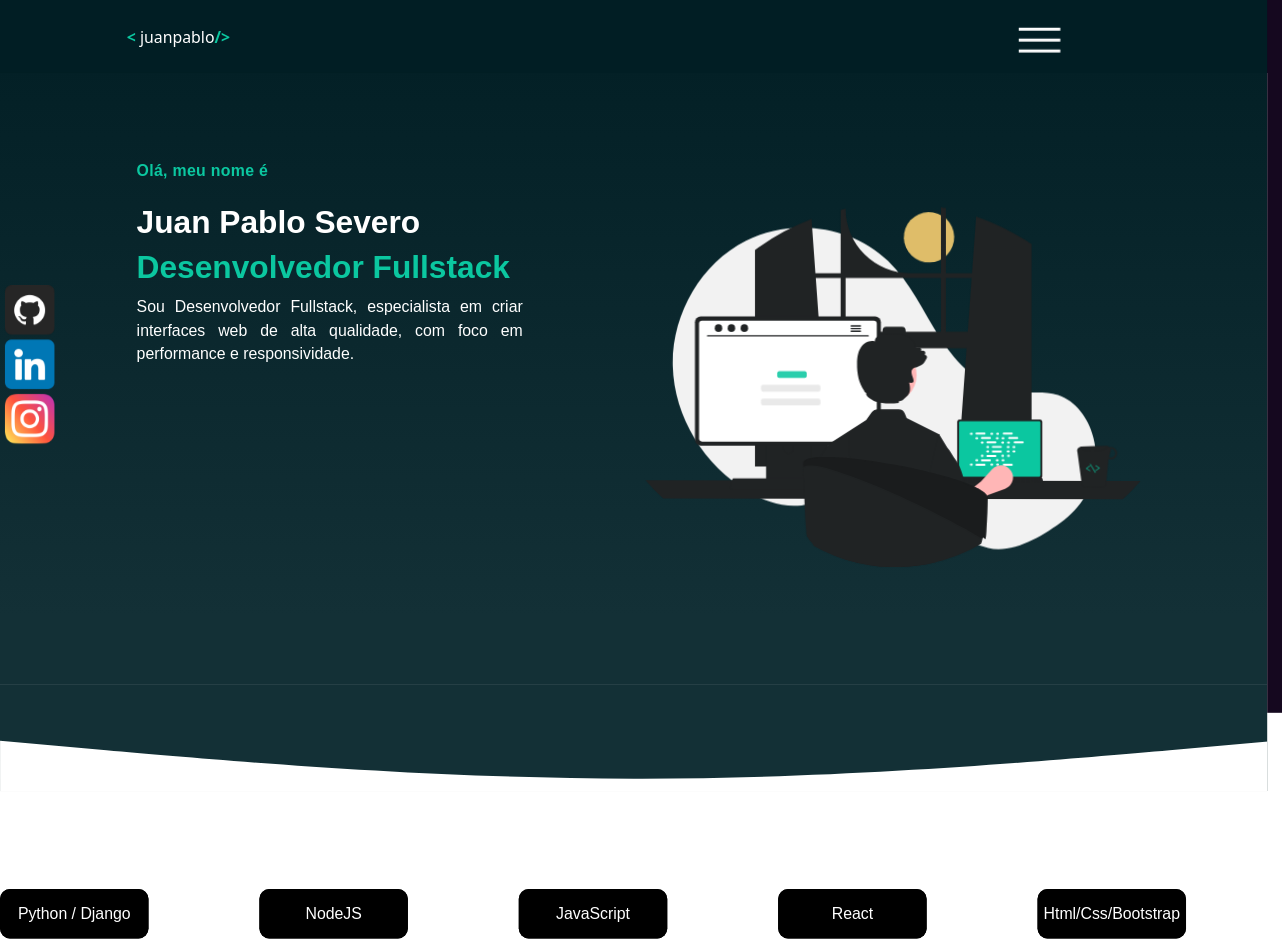
Repository: JuanPabloDS/portifolio
Page: http://localhost/
An editor plug-in stored every save of this project. The page is shown before and after the next save, followed by the edit.
The browser window is 1280 px wide. The page is 1295 px wide, so the pictures cover 1295 px, including what lies to the right of the window. The pictures show the whole page, at 99% of full size.
The page is served by the project's application, run on Django 4.2 (manage.py).

Above is the page before, as saved 2023-03-23 15:01:16.

After the next save:
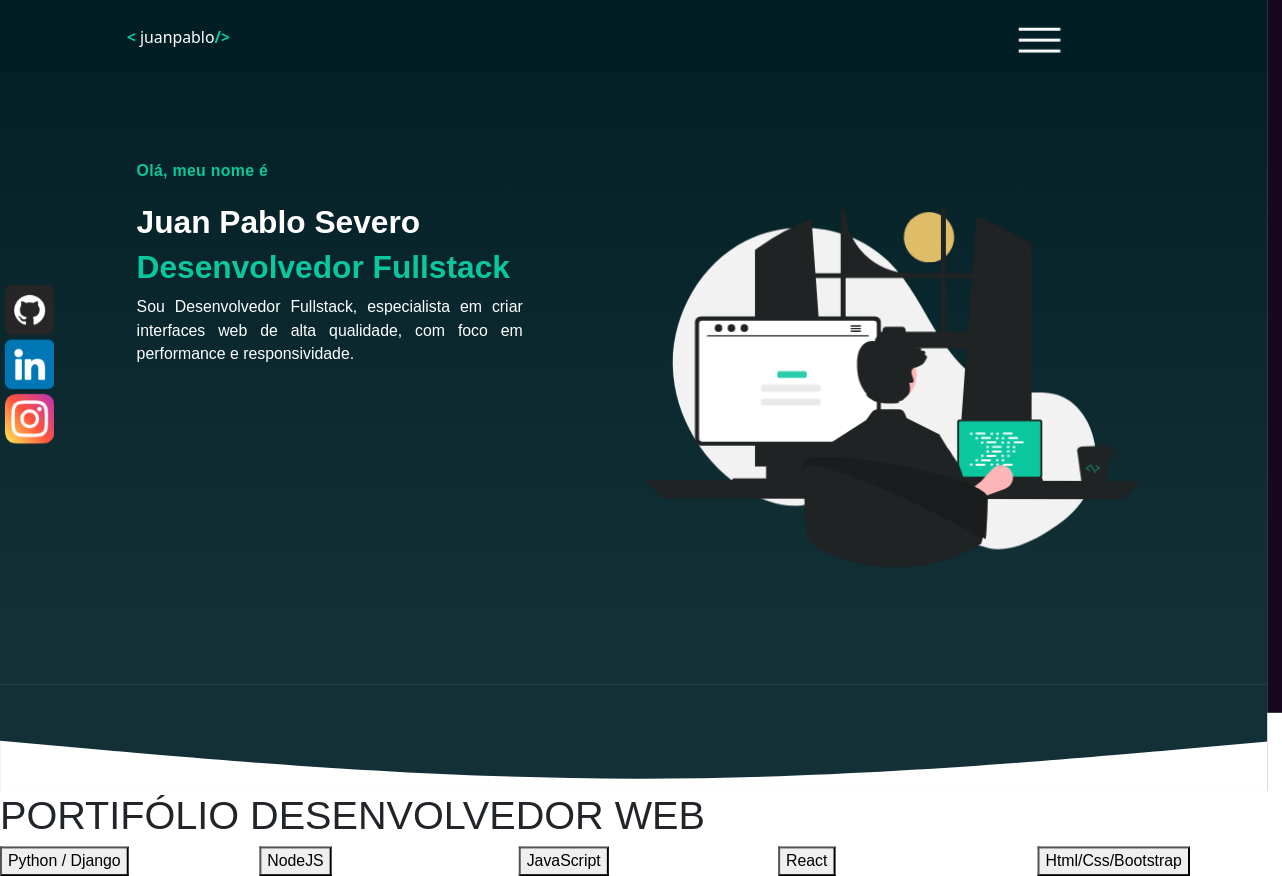
Saved 2 min 17 s later.
--- a/core/static/css/style.css
+++ b/core/static/css/style.css
@@ -188,7 +188,7 @@ main {
 
 /*! Fim Menu inicial */
 
-/*! Perfil */
+/*! Apresentacao */
 
 .perfil{
     display: flex;
@@ -223,8 +223,6 @@ main {
   background-color: #133036;
 }
 
-
-
 .perfil-img {
   width: 150px;
   height: 150px;
@@ -381,7 +379,7 @@ main {
     opacity: 1;
   }
 }
-
+/* Fim SVG */
 
 @media screen and (max-width: 800px) {
   .borda {
@@ -446,102 +444,6 @@ main {
   }
 }
 
-/*! Fim Perfil */
-
-/*! Portifolio */
-
-.portifolio{
-  display: flex;
-  flex-direction: column ;
-  flex-wrap: wrap;
-}
-.web{
-
-  padding-top: 15px;
-  padding-bottom: 10px;
-  padding-left: 15px;
-  margin-bottom: 30px;
-}
-.web h1 {
-  font-weight: bold;
-  color: #fff;
-  font-size: 30px;
-}
-
-/*! button */
-
-.glow-on-hover {
-  width: 150px;
-  height: 50px;
-  border: none;
-  outline: none;
-  color: #fff;
-  background: #111;
-  cursor: pointer;
-  position: relative;
-  z-index: 0;
-  border-radius: 10px;
-}
-
-.glow-on-hover:before {
-  content: '';
-  background: linear-gradient(45deg, #ff0000, #ff7300, #fffb00, #48ff00, #00ffd5, #002bff, #7a00ff, #ff00c8, #ff0000);
-  position: absolute;
-  top: -2px;
-  left:-2px;
-  background-size: 400%;
-  z-index: -1;
-  filter: blur(5px);
-  width: calc(100% + 4px);
-  height: calc(100% + 4px);
-  animation: glowing 20s linear infinite;
-  opacity: 0;
-  transition: opacity .3s ease-in-out;
-  border-radius: 10px;
-}
-
-.glow-on-hover:active {
-  color: #000
-}
-
-.glow-on-hover:active:after {
-  background: transparent;
-}
-
-.glow-on-hover:hover:before {
-  opacity: 1;
-}
-
-.glow-on-hover:after {
-  z-index: -1;
-  content: '';
-  position: absolute;
-  width: 100%;
-  height: 100%;
-  background: black;
-  left: 0;
-  top: 0;
-  border-radius: 10px;
-}
-
-#b-1::after {
-  background: black;
-}
-#b-2::after {
-  background: black;
-}
-#b-3::after {
-  background: black;
-}
-#b-4::after {
-  background: black;
-}
-#b-5::after {
-  background: black;
-}
-
-@keyframes glowing {
-  0% { background-position: 0 0; }
-  50% { background-position: 400% 0; }
-  100% { background-position: 0 0; }
-}
+/*! Fim Apresentação */
+
+/*! Perfil */
